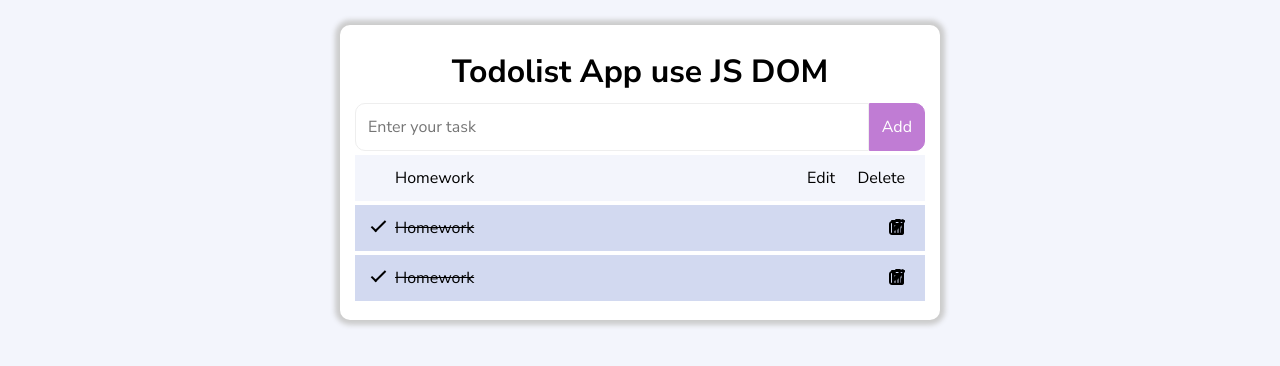
Repository: anhquan74-dev/todolist_app
Page: index.html
These files come from the project's save history. The page is drawn as it stood at one moment and after a run of saves; the edit follows.
The browser window is 1280 px wide. The pictures show the whole page.
Some web libraries are served in a nearby version.

Above is the page before, as saved 2022-07-21 16:27:41.

### index.html
<!DOCTYPE html>
<html lang="en">
  <head>
    <meta charset="UTF-8" />
    <meta http-equiv="X-UA-Compatible" content="IE=edge" />
    <meta name="viewport" content="width=device-width, initial-scale=1.0" />
    <title>TodoList Web Application</title>
    <link rel="stylesheet" href="style.css" />
    <link
      rel="stylesheet"
      href="https://cdnjs.cloudflare.com/ajax/libs/font-awesome/6.1.1/css/all.min.css"
      integrity="sha512-KfkfwYDsLkIlwQp6LFnl8zNdLGxu9YAA1QvwINks4PhcElQSvqcyVLLD9aMhXd13uQjoXtEKNosOWaZqXgel0g=="
      crossorigin="anonymous"
      referrerpolicy="no-referrer"
    />
  </head>
  <body>
    <div class="todo-app">
      <h1>Todolist App use JS DOM</h1>
      <div class="form-control">
        <input id="input-text" type="text" placeholder="Enter your task" />
        <button class="add-btn">Add</button>
      </div>
      <ul id="list-item">
        <li class="item">
          Homework
          <a class="edit-btn">Edit</a>
          <a class="delete-btn">Delete</a>
        </li>
        <li class="item checked">
          Homework
          <span class="delete-btn"><i class="fa-solid fa-pen-to-square"></i></i></span>
          <span class="delete-btn"><i class="fa-solid fa-trash-can"></i></span>
        </li>
        <li class="item checked">
          Homework
          <span class="delete-btn"><i class="fa-solid fa-pen-to-square"></i></i></span>
          <span class="delete-btn"><i class="fa-solid fa-trash-can"></i></span>
        </li>
      </ul>
    </div>
    <script src="main.js"></script>
  </body>
</html>

### style.css
@import url('https://fonts.googleapis.com/css2?family=Nunito+Sans:ital,wght@0,300;0,400;0,600;0,700;0,800;0,900;1,300;1,400;1,600;1,700;1,800;1,900&display=swap');

*, *::after, *::before {
    margin: 0;
    padding: 0;
    box-sizing: border-box;
}
button, input,
body {
    font-family: 'Nunito Sans', sans-serif;
    background-color: #f3f5fc;
}

input {
    background-color: white;
}

.todo-app {
    background-color: white;
    max-width: 600px;
    margin: 25px auto;
    border-radius: 10px;
    padding: 15px;
    box-shadow: 0px 0px 5px 5px #ccc;
}

h1 {
    text-align: center;
    margin: 10px;
}

.form-control {
    display: flex;
    align-items: center;
}

#input-text {
    font-size: 16px;
    padding: 12px;
    width: 100%;
    outline: none;
    border: 1px solid #eee;
    border-radius: 10px 0px 0px 10px;
}

.add-btn {
    font-size: 16px;
    padding: 12px;
    outline: none;
    border: 1px solid #c07cd4;
    border-radius: 0px 10px 10px 0px;
    cursor: pointer;
    background-color: #c07cd4;
    color: white;
}

.add-btn:hover {
    background-color: #a13bc0;
    border: 1px solid #a13bc0;
}

.list-item {
    list-style-type:none;
    margin-top: 20px;
}

.item {
    padding: 12px 12px 12px 40px;
    background-color: #f3f5fc;
    margin:4px 0;
    position: relative;
    overflow: hidden;
    cursor: pointer;
}

.edit-btn {
    position: absolute;
    top: 50%;
    transform: translateY(-50%);
    right: 90px;
}

.delete-btn {
    position: absolute;
    top: 50%;
    transform: translateY(-50%);
    right: 20px;
}

.item:hover  span{
    opacity: 1;
    transform: translateX(-100%);
}

.item span:hover {
    background-color: rgba(216, 29, 29, 0.795);
}

li.checked {
    background-color: #d2d9f0;
    text-decoration: line-through;
}

ul li.checked::before {
    content: '';
    position: absolute;
    border-color: black;
    border-style: solid;
    border-width: 0 2px 2px 0;
    top: 12px;
    left: 20px;
    transform: rotate(45deg);
    height: 15px;
    width: 7px;
  }

### main.js
var list = document.querySelector("ul");
list.addEventListener("click", function (ev) {
  if (ev.target.nodeName === "LI") {
    ev.target.classList.toggle("checked");
  }
});

var close = document.getElementsByClassName("close-btn");
var i;
for (i = 0; i < close.length; i++) {
  close[i].onclick = function () {
    var div = this.parentElement;
    div.style.display = "none";
  };
}
//
function newElement() {
  var li = document.createElement("li");
  var inputValue = document.getElementById("input-text").value;
  var t = document.createTextNode(inputValue);
  li.appendChild(t);
  li.className = "item";
  if (inputValue === "") {
    alert("You must write something!");
  } else {
    document.getElementById("list-item").appendChild(li);
  }
  document.getElementById("input-text").value = "";

  var span = document.createElement("SPAN");
  span.className = "close-btn";
  span.innerHTML = '<i class="fa-solid fa-trash-can">';
  li.appendChild(span);

  for (i = 0; i < close.length; i++) {
    close[i].onclick = function () {
      var div = this.parentElement;
      div.style.display = "none";
    };
  }
}

After the next 2 saves:
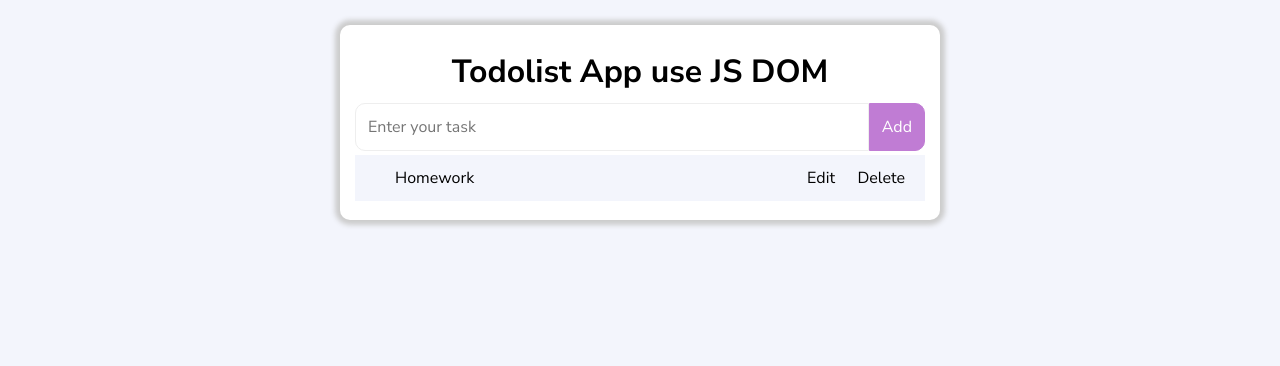
The 2 saves are shown as one change because they came seconds apart.
The last was saved 11 s later.
--- a/index.html
+++ b/index.html
@@ -27,16 +27,6 @@
           <a class="edit-btn">Edit</a>
           <a class="delete-btn">Delete</a>
         </li>
-        <li class="item checked">
-          Homework
-          <span class="delete-btn"><i class="fa-solid fa-pen-to-square"></i></i></span>
-          <span class="delete-btn"><i class="fa-solid fa-trash-can"></i></span>
-        </li>
-        <li class="item checked">
-          Homework
-          <span class="delete-btn"><i class="fa-solid fa-pen-to-square"></i></i></span>
-          <span class="delete-btn"><i class="fa-solid fa-trash-can"></i></span>
-        </li>
       </ul>
     </div>
     <script src="main.js"></script>
